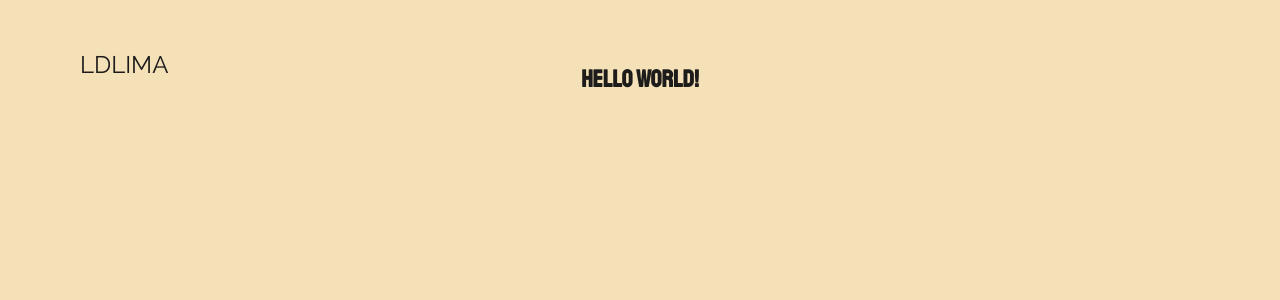
Repository: luizdanielmlima/my-website-react
Page: /
The author's editor kept a copy of each file at every save. The page is drawn from the files as they stood at one save, then again after the next save.
The browser window is 1280 px wide. The pictures show the whole page.
The project was rebuilt for these pictures with package versions that can differ from the ones it lists, and the page was loaded fresh each time.

Above is the page before, as saved 2023-01-31 16:48:02.

After the next save:
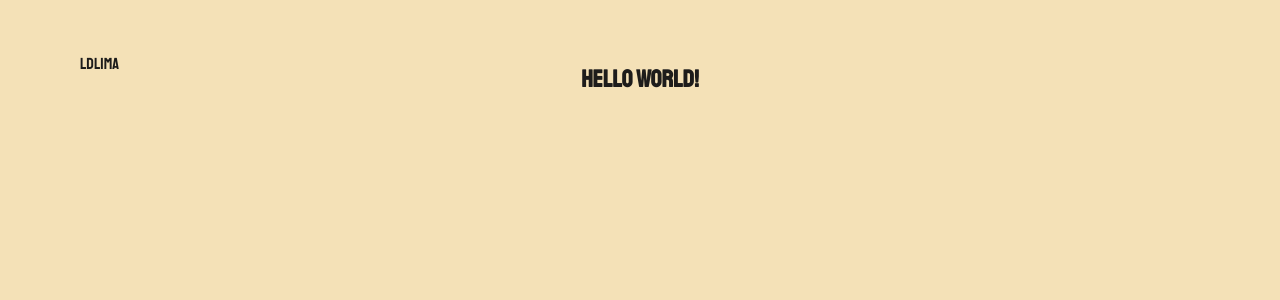
Saved 52 s later.
--- a/src/components/NavBar/NavBar.tsx
+++ b/src/components/NavBar/NavBar.tsx
@@ -1,10 +1,16 @@
 import React from 'react';
 import styled from 'styled-components';
 
+const Header = styled.header`
+  margin: 0;
+  padding: 0;
+  background: ${({ theme }) => theme.colors.dark};
+  position: sticky;
+  top: 0;
+  z-index: 10;
+`;
+
 const NavBarContainer = styled.div`
-  font-size: 1.5em;
-  text-align: center;
-  color: ${({ theme }) => theme.colors.dark};
   margin: 0;
   width: 100%;
   height: ${({ theme }) => theme.menuHeight};
@@ -24,13 +30,15 @@
 
 const NavBar = () => {
   return (
-    <NavBarContainer>
-      <MyLogo>
-        <p>L</p>
-        <p>D</p>
-        <p>LIMA</p>
-      </MyLogo>
-    </NavBarContainer>
+    <Header>
+      <NavBarContainer>
+        <MyLogo>
+          <p>L</p>
+          <p>D</p>
+          <p>LIMA</p>
+        </MyLogo>
+      </NavBarContainer>
+    </Header>
   );
 };
 
